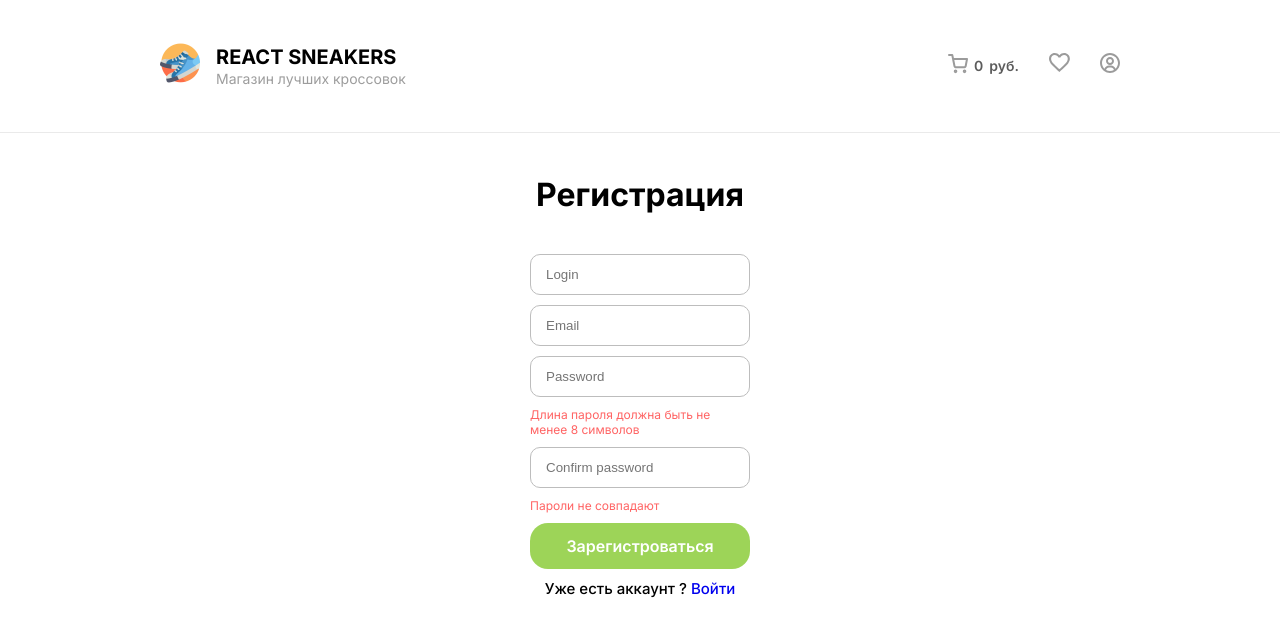
Repository: maxbirimkulov/sneakers20
Page: src/pages/register.html
An editor plug-in stored every save of this project. The page is shown before and after the next save, followed by the edit.
The browser window is 1280 px wide. The pictures show the whole page.
The style sheet was rebuilt from its Sass, Less or Tailwind sources for each picture, by a compiler version that may differ from the author's.

Above is the page before, as saved 2022-11-12 21:06:15.

### src/pages/register.html
<!DOCTYPE html>
<html lang="en">
  <head>
    <meta charset="UTF-8" />
    <meta
      name="viewport"
      content="width=device-width, user-scalable=no, initial-scale=1.0, maximum-scale=1.0, minimum-scale=1.0"
    />
    <meta http-equiv="X-UA-Compatible" content="ie=edge" />
    <title>Document</title>
    <link rel="stylesheet" href="../css/style.css" />
  </head>
  <body>
    <div class="floor">
      <header class="header">
        <div class="container">
          <nav class="header__nav">
            <div class="header__logo">
              <img
                src="../images/mainLogo.png"
                alt="Logo"
                class="header__logo-img"
              />
              <div class="header__logo-text">
                <h1 class="header__logo-title">
                  <a href="../../index.html" class="header__logo-title-link"
                    >react sneakers</a
                  >
                </h1>
                <p class="header__logo-subtitle">
                  <a href="../../index.html" class="header__logo-subtitle"
                    >Магазин лучших кроссовок</a
                  >
                </p>
              </div>
            </div>
            <div class="header__links">
              <p class="header__links-basket">
                <span class="header__links-basket-logo"
                  ><svg
                    width="20"
                    height="20"
                    viewBox="0 0 20 20"
                    fill="none"
                    xmlns="http://www.w3.org/2000/svg"
                  >
                    <path
                      d="M7.54548 18.1818C7.99735 18.1818 8.36366 17.8155 8.36366 17.3636C8.36366 16.9118 7.99735 16.5455 7.54548 16.5455C7.09361 16.5455 6.72729 16.9118 6.72729 17.3636C6.72729 17.8155 7.09361 18.1818 7.54548 18.1818Z"
                      stroke="#9B9B9B"
                      stroke-width="2"
                      stroke-linecap="round"
                      stroke-linejoin="round"
                    />
                    <path
                      d="M16.5455 18.1818C16.9973 18.1818 17.3637 17.8155 17.3637 17.3636C17.3637 16.9118 16.9973 16.5455 16.5455 16.5455C16.0936 16.5455 15.7273 16.9118 15.7273 17.3636C15.7273 17.8155 16.0936 18.1818 16.5455 18.1818Z"
                      stroke="#9B9B9B"
                      stroke-width="2"
                      stroke-linecap="round"
                      stroke-linejoin="round"
                    />
                    <path
                      d="M1 1H4.27273L6.46545 11.9555C6.54027 12.3321 6.7452 12.6705 7.04436 12.9113C7.34351 13.1522 7.71784 13.2801 8.10182 13.2727H16.0545C16.4385 13.2801 16.8129 13.1522 17.112 12.9113C17.4112 12.6705 17.6161 12.3321 17.6909 11.9555L19 5.09091H5.09091"
                      stroke="#9B9B9B"
                      stroke-width="2"
                      stroke-linecap="round"
                      stroke-linejoin="round"
                    />
                  </svg>
                </span>
                <span class="total">0</span> руб.
              </p>
              <a href="./favorites.html" class="header__links-favorites"
                ><span class="header__links-favorites-logo"
                  ><svg
                    width="21"
                    height="19"
                    viewBox="0 0 21 19"
                    fill="none"
                    xmlns="http://www.w3.org/2000/svg"
                  >
                    <path
                      d="M15.1003 0C16.7293 0 18.0976 0.54932 19.2052 1.64796C20.3129 2.7466 20.8668 4.08759 20.8668 5.67092C20.8668 6.44643 20.7039 7.23002 20.3781 8.02169C20.0523 8.81335 19.6939 9.51616 19.303 10.1301C18.912 10.744 18.2523 11.5357 17.3238 12.5051C16.3953 13.4745 15.6134 14.2581 14.9781 14.8559C14.3428 15.4537 13.3248 16.3665 11.9239 17.5944L10.4089 18.9515L8.89403 17.6429C7.52572 16.3827 6.51577 15.4537 5.8642 14.8559C5.21262 14.2581 4.42258 13.4745 3.49408 12.5051C2.56559 11.5357 1.90586 10.744 1.51492 10.1301C1.12397 9.51616 0.773748 8.81335 0.464249 8.02169C0.15475 7.23002 0 6.44643 0 5.67092C0 4.08759 0.553841 2.7466 1.66152 1.64796C2.7692 0.54932 4.12123 0 5.71759 0C7.60717 0 9.17095 0.727041 10.4089 2.18112C11.6469 0.727041 13.2107 0 15.1003 0ZM10.5067 16.0918C12.1031 14.6701 13.2677 13.6118 14.0008 12.9171C14.7338 12.2224 15.5401 11.3903 16.4198 10.4209C17.2994 9.45153 17.9102 8.60332 18.2523 7.87628C18.5944 7.14924 18.7654 6.41412 18.7654 5.67092C18.7654 4.63691 18.4152 3.78061 17.7148 3.10204C17.0143 2.42347 16.1428 2.08418 15.1003 2.08418C14.3184 2.08418 13.5772 2.31037 12.8768 2.76276C12.1764 3.21514 11.6795 3.79677 11.3863 4.50765H9.43158C9.17095 3.79677 8.69041 3.21514 7.98997 2.76276C7.28952 2.31037 6.53206 2.08418 5.71759 2.08418C4.67507 2.08418 3.81173 2.42347 3.12757 3.10204C2.44342 3.78061 2.10134 4.63691 2.10134 5.67092C2.10134 6.41412 2.26423 7.14924 2.59002 7.87628C2.91581 8.60332 3.52666 9.45153 4.42258 10.4209C5.3185 11.3903 6.13297 12.2224 6.866 12.9171C7.59902 13.6118 8.74743 14.6701 10.3112 16.0918L10.4089 16.1888L10.5067 16.0918Z"
                      fill="#9B9B9B"
                    />
                  </svg> </span
              ></a>
              <a href="./register.html" class="header__links-user"
                ><span class="header__links-user-logo"
                  ><svg
                    width="20"
                    height="20"
                    viewBox="0 0 20 20"
                    fill="none"
                    xmlns="http://www.w3.org/2000/svg"
                  >
                    <path
                      fill-rule="evenodd"
                      clip-rule="evenodd"
                      d="M0 10C0 4.579 4.579 0 10 0C15.421 0 20 4.579 20 10C20 13.19 18.408 16.078 16 17.924V18H15.898C14.23 19.245 12.187 20 10 20C7.813 20 5.77 19.245 4.102 18H4V17.924C1.592 16.078 0 13.189 0 10ZM7.12347 15.236C6.59154 15.6639 6.22136 16.2604 6.074 16.927C7.242 17.604 8.584 18 10 18C11.416 18 12.758 17.604 13.926 16.927C13.7785 16.2605 13.4082 15.6641 12.8764 15.2362C12.3445 14.8083 11.6827 14.5744 11 14.573H9C8.3173 14.5742 7.6554 14.808 7.12347 15.236ZM13.7677 13.4117C14.5877 13.9574 15.2286 14.7329 15.61 15.641C17.077 14.182 18 12.176 18 10C18 5.663 14.337 2 10 2C5.663 2 2 5.663 2 10C2 12.176 2.923 14.182 4.39 15.641C4.77144 14.7329 5.41227 13.9574 6.23227 13.4117C7.05227 12.866 8.01501 12.5742 9 12.573H11C11.985 12.5742 12.9477 12.866 13.7677 13.4117ZM6 8C6 5.72 7.72 4 10 4C12.28 4 14 5.72 14 8C14 10.28 12.28 12 10 12C7.72 12 6 10.28 6 8ZM8 8C8 9.178 8.822 10 10 10C11.178 10 12 9.178 12 8C12 6.822 11.178 6 10 6C8.822 6 8 6.822 8 8Z"
                      fill="#9B9B9B"
                    />
                  </svg> </span
              ></a>
            </div>
          </nav>
        </div>
      </header>
      <div class="container">
        <div class="register">
          <h2 class="register__title">Регистрация</h2>
          <form class="register__form">
            <input class="register__input" type="text" placeholder="Login" />
            <input class="register__input" type="email" placeholder="Email" />
            <input
              class="register__input"
              type="password"
              placeholder="Password"
            />
            <span class="register__error password"
              >Длина пароля должна быть не менее 8 символов</span
            >
            <input
              class="register__input"
              type="password"
              placeholder="Confirm password"
            />
            <span class="register__error confirmPassword"
              >Пароли не совпадают</span
            >
            <button type="submit" class="register__btn">
              Зарегистроваться
            </button>
            <span class="register__sign"
              >Уже есть аккаунт ? <a href="./login.html">Войти</a></span
            >
          </form>
        </div>
      </div>
    </div>
    <script type="module" src="../js/register.js"></script>
  </body>
</html>

### src/js/register.js
import { changeUser, getUserFromLocalStorage } from './user.js';

getUserFromLocalStorage();

let formRegister = document.querySelector('.register');
formRegister.addEventListener('submit', (e) => {
  e.preventDefault();

  let userData = {
    login: e.target[0].value,
    email: e.target[1].value,
    password: e.target[2].value,
  };

  if (e.target[2].value === e.target[3].value) {
    fetch('http://localhost:8080/register', {
      method: 'POST',
      headers: {
        'Content-Type': 'application/json',
      },
      body: JSON.stringify(userData),
    })
      .then((res) => res.json())
      .then((res) => {
        changeUser({
          ...res.user,
          token: res.accessToken,
        });
      })
      .catch((err) => console.log(err));
  } else {
    alert('Пароли не совпадают');
  }
});

### src/js/user.js



export let user = {
    login : "",
    email : ""
}

export const getUserFromLocalStorage = () => {
    if (localStorage.getItem('user') !== null){
        user = JSON.parse(localStorage.getItem('user'))
    }
}


export const changeUser = (data) => {
    user = {...data}
    localStorage.setItem('user', JSON.stringify(user))
    location.href = 'http://localhost:63342/new%20project/index.html'
}

### src/css/style.scss
@import url('https://fonts.googleapis.com/css2?family=DM+Sans:wght@700&family=Inter:wght@400;500;600;700&display=swap');

* {
  margin: 0;
  padding: 0;
  box-sizing: border-box;
  text-decoration: none;
  list-style-type: none;
  transition: 0.3s;
}
.container {
  max-width: 1050px;
  padding: 0 45px;
  margin: 0 auto;
}
$int: 'inter', sans-serif;

@mixin text($ff, $fs, $fw, $fz, $lh, $col) {
  font-family: $ff;
  font-style: $fs;
  font-weight: $fw;
  font-size: $fz;
  @if $lh > 0 {
    line-height: $lh;
  }
  color: $col;
}
body,
.floor {
  background-color: #fff;
}
@import '_header.scss';
@import '_main.scss';
@import '_assort.scss';
@import '_basketPopup.scss';
@import '_card.scss';
@import '_basket.scss';
@import '_favorites.scss';
@import '_basketNone.scss';
@import '_register';

### src/css/_header.scss
.header {
  padding: 43px 0 45px;
  &__nav {
    display: flex;
    justify-content: space-between;
    align-items: center;
  }
  &__logo {
    display: flex;
    &-img {
      width: 40px;
      height: 40px;
    }
    &-text {
      margin-left: 16px;
    }
    &-title {
      &-link {
        @include text($int, normal, 700px, 20px, 0, #000000);
        text-transform: uppercase;
      }
    }
    &-subtitle {
      @include text($int, normal, 400, 14px, 0, #9d9d9d);
    }
  }
  &__links {
    display: flex;
    &-basket {
      display: flex;
      gap: 6px;
      align-items: center;
      @include text($int, normal, 600, 14px, 0, #5c5c5c);
      margin-left: 10px;
      cursor: pointer;
    }
    &-favorites {
      margin: 0 30px;
    }
  }
  border-bottom: 1px solid #eaeaea;
}

### src/css/_main.scss
.swiper {
  width: 100%;
  height: 100%;
}

.swiper-slide {
  display: -webkit-box;
  display: -ms-flexbox;
  display: -webkit-flex;
  display: flex;
  -webkit-box-pack: center;
  -ms-flex-pack: center;
  -webkit-justify-content: center;
  justify-content: center;
  -webkit-box-align: center;
  -ms-flex-align: center;
  -webkit-align-items: center;
  align-items: center;
}

.swiper__icon{
  &-next{
    background-color: white;
    border-radius: 50%;
    cursor: pointer;
    position: absolute;
    right: 0;
    top: 50%;
    transform: translateY(-50%),;
    z-index: 2;
    padding: 8px 14px;
    display: flex;
    justify-content: center;
    align-items: center;
    transition: 0.2s;
    -webkit-box-shadow: 0px 0px 11px 5px rgba(0, 0, 0, 0.01);
    -moz-box-shadow: 0px 0px 11px 5px rgba(0, 0, 0, 0.01);
    box-shadow: 0px 0px 11px 5px rgba(0, 0, 0, 0.01);
    &:hover{
      transition: 0.2s;
      -webkit-box-shadow: 0px 0px 11px 5px rgba(0, 0, 0, 0.07);
      -moz-box-shadow: 0px 0px 11px 5px rgba(0, 0, 0, 0.07);
      box-shadow: 0px 0px 11px 5px rgba(0, 0, 0, 0.07);
    }
  }
  &-prev{
    background-color: white;
    border-radius: 50%;
    position: absolute;
    left: 0;
    top: 50%;
    cursor: pointer;
    transform:translateY(-50%) rotate(180deg);
    z-index: 2;
    padding: 8px 14px;
    display: flex;
    justify-content: center;
    align-items: center;
    transition: 0.2s;
    -webkit-box-shadow: 0px 0px 11px 5px rgba(0, 0, 0, 0.01);
    -moz-box-shadow: 0px 0px 11px 5px rgba(0, 0, 0, 0.01);
    box-shadow: 0px 0px 11px 5px rgba(0, 0, 0, 0.01);
    &:hover{
      transition: 0.2s;
      -webkit-box-shadow: 0px 0px 11px 5px rgba(0, 0, 0, 0.07);
      -moz-box-shadow: 0px 0px 11px 5px rgba(0, 0, 0, 0.07);
      box-shadow: 0px 0px 11px 5px rgba(0, 0, 0, 0.07);
    }
  }
}

.main{
  &__swipe{
    &-block{
      background-color: #F4EFE9;
      border-radius: 20px;
      max-height: 300px;
      display: flex;
      align-items: center;
      justify-content: space-between;
      width: 100%;
    }
    &-box{
      position: relative;
      padding: 16px 0 20px 51px;
      min-height: 300px;
      &-scn{
        margin: 0;
        padding: 0;
        max-width: 641.18px;
      }
      &-desc{
        @include text($int,normal,700,38px,46px,#8BB43C);
        margin: 32px 17.45px 10.45px 35px;
        &-black{
          color: black;
        }
      }
      &-btn{
        position: absolute;
        padding: 14px 60px;
        border-radius: 110px;
        @include text($int,normal,700px,16px, 0, white);
        text-transform: uppercase;
        background-color: #A5D364;
        bottom: 45px;
        left: 27%;
        transform: translate(-50%, -50);
        transition: 0.2s;
        &:hover{
          transition: 0.2s;
          transform: scale(1.1);
        }
      }
      &-img{
        width: 100%;
      }
    }
  }
}

### src/css/_assort.scss
.main__assort {
  &-topContent {
    display: flex;
    flex-wrap: wrap;
    justify-content: space-between;
    padding: 37px 0 36px;
    width: 100%;
  }
  &-filter {
    display: flex;
    justify-content: space-between;
    align-items: center;
    gap: 10px;
  }
  &-select {
    background: transparent;
    border: 1px solid #bdbdbd;
    border-radius: 8px;
    padding: 0 10px;
    height: 40px;
  }
  &-form {
    margin: 15px 0 0;
    display: flex;
    align-items: center;
    position: relative;
    &-input {
      border-radius: 10px;
      border: 1px solid #bdbdbd;
      outline: none;
      padding: 13px 40px 15px 46px;
      max-width: 250px;
      &::-webkit-input-placeholder {
        color: #c4c4c4;
      }
      &::-moz-placeholder {
        color: #c4c4c4;
      }
      &:-ms-input-placeholder {
        color: #c4c4c4;
      }
      &::-ms-input-placeholder {
        color: #c4c4c4;
      }
      &::placeholder {
        color: #c4c4c4;
      }
      &::-webkit-search-cancel-button {
        position: absolute;
        right: 18px;
        cursor: pointer;
        color: #5c5c5c;
      }
    }
    &-icon {
      position: absolute;
      left: 18px;
      top: 50%;
      transform: translateY(-50%);
    }
  }
  &-title {
    @include text($int, normal, 700, 32px, 0, black);
  }
  &-mainContent {
    min-height: 700px;
    position: relative;
    display: flex;
    justify-content: center;
    align-items: center;
    flex-wrap: wrap;
    gap: 40px;
    &-shoes {
      border: 1px solid #bdbdbd;
      border-radius: 40px;
      padding: 20px 29px 34px 30px;
      max-width: 210px;
    }
    &-favorites {
      display: inline-block;
      position: absolute;
      border: 1px solid #f8f8f8;
      border-radius: 7px;
      padding: 9.6px 9.07px 3.59px;
      cursor: pointer;
      &:hover {
        transform: scale(1.13);
        background-color: rgba(253, 239, 239, 0.87);
        transition: 0.2s;
      }
      &-active {
        display: none;
        position: absolute;
        background-color: #fef0f0;
        border: 1px solid transparent;
        border-radius: 7px;
        padding: 9.6px 9.07px 3.59px;
        cursor: pointer;
      }
    }
    &-product {
      &-desc {
        @include text($int, normal, 400, 14px, 17px, black);
      }
      &-pricesDesc {
        margin-top: 14px;
        display: flex;
        justify-content: space-between;
        align-items: center;
        &-price {
          @include text($int, normal, 500, 11px, 13px, #bdbdbd);
          text-transform: uppercase;
        }
        &-cost {
          @include text($int, normal, 700, 14px, 17px, black);
        }
        &-addBask {
          cursor: pointer;
          display: inline-block;
          padding: 5.33px 8.33px;
          border: 1px solid #f2f2f2;
          border-radius: 8px;
          transition: 0.2s;
          &:hover {
            transform: scale(1.13);
            background-color: rgba(253, 239, 239, 0.87);
            transition: 0.2s;
          }
          &-active {
            cursor: pointer;
            max-height: 32px;
            max-width: 32px;
            padding: 5.33px 8.33px;
            border: 1px solid white;
            border-radius: 8px;
            background: linear-gradient(180deg, #89f09c 0%, #3cc755 100%);
            transition: 0.2s;
            &:hover {
              transform: scale(1.13);
              transition: 0.2s;
            }
          }
        }
      }
    }
  }
}

### src/css/_basketPopup.scss
.basket {
  transform: translateX(100%);
  background: rgba(0, 00, 000, 0.4);
  height: 100vh;
  width: 100vw;
  z-index: 100;
  position: fixed;
  left: 0;
  top: 0;
  bottom: 0;
  &__cards {
    margin-top: 20px;
    max-height: 400px;
    overflow-y:  scroll;
    display: flex;
    gap: 20px;
    flex-wrap: wrap;
  }

  &__card {
    position: relative;  width: 100%;  height: 120px;  padding: 0 30px;    background: #FFFFFF;  border: 1px solid #F3F3F3;  border-radius: 20px;  &:hover {
    box-shadow: 0px 14px 30px 0px rgba(0, 0, 0, 0.05);  }
    &-img {
      position: absolute;    left: 20px;    top: 50%;    transform: translateY(-50%);    max-width: 80px;  }
    &__name {
      position: absolute;    width: 133px;    height: 36px;    overflow: hidden;    left: 120px;    top: 30px;    font-family: 'Inter', sans-serif;    font-style: normal;    font-weight: 400;    font-size: 14px;    line-height: 17px;    color: #000000;  }
    &__sum {
      position: absolute;    left: 120px;    bottom: 30px;    font-family: 'Inter', sans-serif;    font-style: normal;    font-weight: 700;    font-size: 14px;color: #000000;  }
    &__X {
      position: absolute;    right: 20px;    top: 50%;    transform: translateY(-50%);    max-width: 70px;    cursor: pointer;  }
  }
  &.show {
    transform: translateX(0%);
  }
  &__content {
    display: flex;
    flex-direction: column;
    justify-content: space-between;
    background: #fff;
    position: fixed;
    padding: 30px;
    height: 100vh;
    width: 385px;
    top: 0;
    right: 0;
  }
  &__title {
    @include text($int, normal, 700, 24px, 29px, #000000);
  }
  &__text {
    display: flex;
    justify-content: space-between;
    margin-bottom: 19px;
    &:last-of-type {
      margin-bottom: 24px;
    }
    &-desc {
      @include text($int, normal, 400, 16px, 19px, #000000);
    }
    &-sum {
      @include text($int, normal, 600, 16px, 19px, #000000);
    }
  }
  &__btn {
    @include text($int, normal, 600, 16px, 19px, #fff);
    padding: 12px 0;
    background: #9dd558;
    border-radius: 18px;
    border: 1px solid #9dd558;
    width: 100%;
  }
}

.name {
  font-size: 30px;
  color: red;
  text-align: center;
}

### src/css/_card.scss
.info {
  background: antiquewhite;
  padding: 40px 0;
  &__block {
    display: flex;
    flex-wrap: wrap;
    -moz-column-gap: 40px;
         column-gap: 40px;
    row-gap: 40px;
  }
  &__card {
    width: calc(25% - 30px);
    background: #ffffff;
    border: 1px solid #f3f3f3;
    border-radius: 40px;
    padding: 20px 40px;
    cursor: pointer;
    transition: 0.2s;
    &:hover {
      background: #ffffff;
      border: 1px solid #f8f8f8;
      box-shadow: 0 14px 30px rgba(0, 0, 0, 0.05);
      border-radius: 40px;
      transition: 0.2s;
      transform: scale(1.05);
    }
  }
  &__desc {
    @include text($int, normal, 400, 14px, 17px, #000);
    margin: 14px 0;
  }
  &__bottom {
    display: flex;
    justify-content: space-between;
  }
  &__sel {
    @include text($int, normal, 500, 11px, 13px, #bdbdbd);
    text-transform: uppercase;
  }
  &__sum {
    @include text($int, normal, 700, 14px, 17px, #000);
  }
}

### src/css/_basket.scss
.basket__main{
  &-topContent{
    padding: 42px 0 40px;
    &-nav{
      display: flex;
      align-items: center;
      gap: 21px;
    }
    &-title{
      @include text($int, normal, 700, 32px, 0, black)
    }
    &-link{
      padding: 8px 14px;
      max-width: 35px;
      max-height: 35px;
      display: flex;
      justify-content: center;
      align-items: center;
      border: 1px solid #F2F2F2;
      border-radius: 8px;
    }
  }
  &-mainContent{
    &-assort{
      display: flex;
      flex-wrap: wrap;
      gap: 40px;
    }
  }
}

### src/css/_favorites.scss
.main__assort-mainContent-favorites{
  &-off{
    display: none;
  }
  &-on{
    display: inline-block;
  }
}

### src/css/_basketNone.scss
.basketNone__main {
  display: flex;
  justify-content: center;
  align-items: center;
  padding: 240px 0;
  &-none {
    display: flex;
    flex-wrap: wrap;
    justify-content: center;
    align-items: center;
    max-width: 280px;
    &-text{
      text-align: center;
    }
    &-title {
      margin-top: 24px;
      text-align: center;
      @include text($int, normal, 600, 24px, 0, black);
    }

    &-desc {
      text-align: center;
      margin: 11px 0 41px;
      @include text($int, normal, 400, 16px, 24px, black);
    }

    &-link {
      padding: 17px 40px 19px;
      background-color: #9DD458;
      border-radius: 18px;
      @include text($int, normal, 400, 16px, 0, white);

      &-icon {
        margin-right: 17px;

      }
    }
  }
}

### src/css/_register.scss
.register,
.login {
  &__title {
    @include text($int, normal, 700, 32px, 0, black);
    margin: 42px auto 40px;
    text-align: center;
  }
  &__form {
    margin: 0 auto;
    display: flex;
    flex-direction: column;
    justify-content: center;
    max-width: 220px;
    gap: 10px;
    text-align: center;
  }
  &__input {
    padding: 12px 15px;
    border-radius: 10px;
    border: 1px solid #bdbdbd;
  }
  &__error {
    @include text($int, normal, 300, 12px, 0, #ff6464);
    text-align: start;
    margin: 0;
  }
  &__btn {
    @include text($int, normal, 600, 16px, 0, #fff);
    padding: 13px;
    border-radius: 18px;
    border: none;
    cursor: pointer;
    background-color: #9dd458;
  }
  &__sign {
    @include text($int, normal, 500, 15px, 0, black);
  }
}

After the next save:
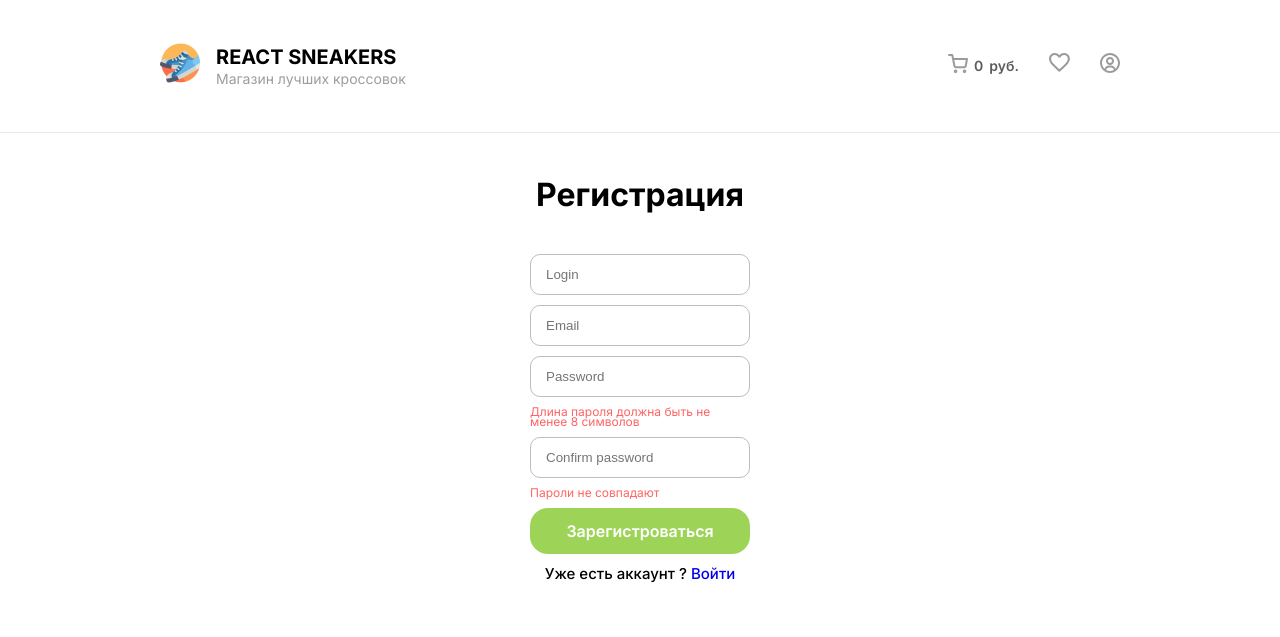
Saved 15 s later.
--- a/src/css/_register.scss
+++ b/src/css/_register.scss
@@ -20,7 +20,7 @@
     border: 1px solid #bdbdbd;
   }
   &__error {
-    @include text($int, normal, 300, 12px, 0, #ff6464);
+    @include text($int, normal, 300, 12px, 10px, #ff6464);
     text-align: start;
     margin: 0;
   }

After the save that followed:
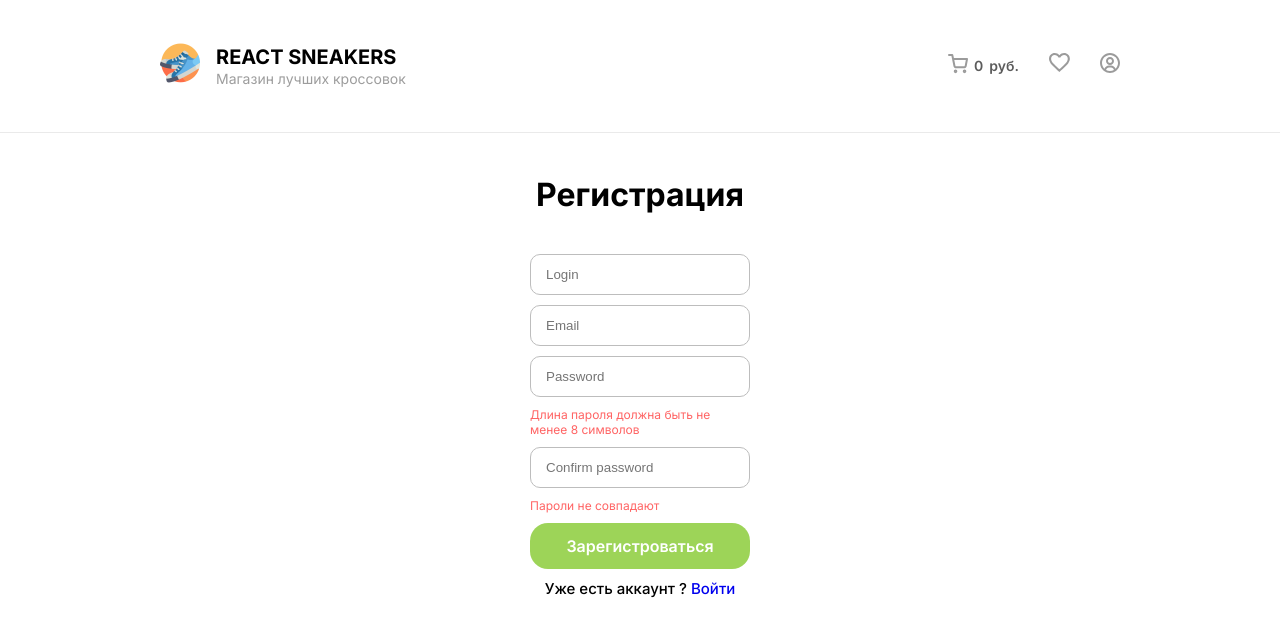
Saved 5 s later.
--- a/src/css/_register.scss
+++ b/src/css/_register.scss
@@ -20,7 +20,7 @@
     border: 1px solid #bdbdbd;
   }
   &__error {
-    @include text($int, normal, 300, 12px, 10px, #ff6464);
+    @include text($int, normal, 300, 12px, 0, #ff6464);
     text-align: start;
     margin: 0;
   }
